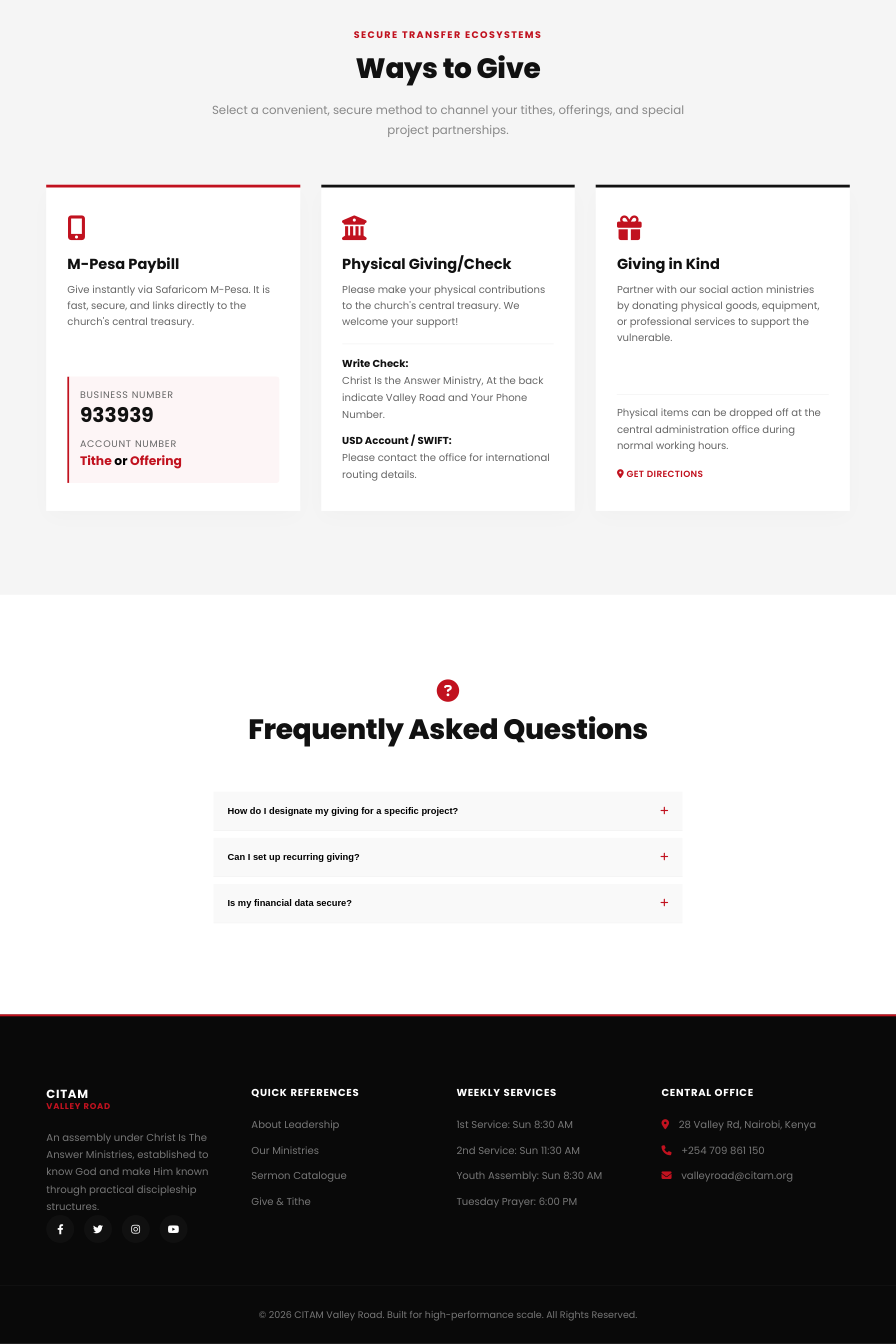
Repository: jereworks/CITAMVRD-Website
Page: give.html
These files come from the project's save history. The page is drawn as it stood at one moment and after the next save; the edit follows.
The browser window is 1280 px wide. The pictures show the part of the page from y = 557 to 2477 px (the page is 2477 px tall before and 2465 px after), at 70% of full size.

Above is the page before, as saved 2026-06-11 17:29:19.

### give.html
<!DOCTYPE html>
<html lang="en">
<head>
    <meta charset="UTF-8">
    <meta name="viewport" content="width=device-width, initial-scale=1.0">
    <meta name="description" content="Support the ministry at CITAM Valley Road through your tithes, offerings, and partnership. Find our M-Pesa Paybill, Bank details, and other giving methods.">
    <title>Give & Partner | CITAM Valley Road</title>

    <link rel="preconnect" href="https://fonts.googleapis.com">
    <link rel="preconnect" href="https://fonts.gstatic.com" crossorigin>
    <link href="https://fonts.googleapis.com/css2?family=Poppins:wght@300;400;500;600;700;800&display=swap" rel="stylesheet">
    <link rel="stylesheet" href="https://cdnjs.cloudflare.com/ajax/libs/font-awesome/6.4.0/css/all.min.css">

    <link rel="stylesheet" href="css/style.css">
</head>
<body>

    <div class="top-bar">
        <div class="container top-bar-flex">
            <div class="top-info">
                <span><i class="fas fa-phone-alt"></i> +254 709 861 150</span>
                <span><i class="fas fa-envelope"></i> valleyroad@citam.org</span>
                <span><i class="fas fa-map-marker-alt"></i> 28 Valley Rd, Nairobi, Kenya</span>
            </div>
            <div class="top-social">
                <a href="https://www.facebook.com/citamvrdke" target="_blank" aria-label="Facebook"><i class="fab fa-facebook-f"></i></a>
                <a href="https://x.com/CitamVrdKE" aria-label="Twitter"><i class="fab fa-twitter"></i></a>
                <a href="https://www.instagram.com/citamvrdke/" aria-label="Instagram"><i class="fab fa-instagram"></i></a>
                <a href="https://www.youtube.com/@CITAMValleyRoadNPC" aria-label="YouTube"><i class="fab fa-youtube"></i></a>
            </div>
        </div>
    </div>

    <header class="header" id="header">
        <div class="container nav-container">

            <a href="index.html" class="logo" aria-label="CITAM Valley Road Home" style="display: flex; align-items: center; gap: 15px; text-decoration: none;">
                <img src="images/CITAMLOGO.svg" alt="CITAM Logo" style="height: 70px; width: auto; display: block;">

                <div style="display: flex; flex-direction: column; justify-content: center;">
                    <span style="font-size: 2.2rem; font-weight: 800; color: #ffffff; line-height: 0.85; letter-spacing: 2px;">
                        CITAM
                    </span>
                    <span style="font-size: 0.7rem; font-weight: 400; color: #ffffff; line-height: 1; margin-top: 6px; text-transform: uppercase; width: 100%; text-align-last: justify;">
                        Valley Road
                    </span>
                </div>
            </a>

            <nav class="nav-menu" id="nav-menu" aria-label="Main Navigation">
                <ul class="nav-list">
                    <li><a href="index.html">Home</a></li>
                    <li><a href="about.html">About Us</a></li>
                    <li><a href="ministries.html">Ministries</a></li>
                    <li><a href="sermons.html">Sermons</a></li>
                    <li><a href="events.html">Events</a></li>
                    <li><a href="gallery.html">Gallery</a></li>
                    <li><a href="contact.html">Contact</a></li>
                </ul>
            </nav>

            <div class="nav-actions">
                <a href="give.html" class="btn btn-primary btn-nav active">Give / Tithe</a>
                <button class="hamburger" id="hamburger" aria-expanded="false" aria-label="Toggle navigation menu">
                    <i class="fas fa-bars"></i>
                </button>
            </div>
        </div>
    </header>

    <section class="about-hero-banner" style="background: linear-gradient(rgba(17, 17, 17, 0.85), rgba(17, 17, 17, 0.85)), url('https://images.unsplash.com/photo-1529070538774-1843cb3265df?auto=format&fit=crop&w=1920&q=80') no-repeat center center/cover;">
        <div class="container text-center">
            <span class="hero-pre-tag animate-on-scroll reveal-up">Worship & Partner</span>
            <h1 class="animate-on-scroll reveal-up delay-1">Giving & Tithes</h1>
            <p class="hero-subtext animate-on-scroll reveal-up delay-2">Honoring God through our resources to advance the Kingdom, support our community, and impact the world.</p>
        </div>
    </section>

    <section class="section bg-light">
        <div class="container">
            <div class="text-center mb-4">
                <span class="section-subtitle text-primary">Secure Transfer Ecosystems</span>
                <h2 class="section-title">Ways to Give</h2>
                <p class="max-width-text">Select a convenient, secure method to channel your tithes, offerings, and special project partnerships.</p>
            </div>

            <div class="grid-3 mt-4">

                <div class="identity-box card-vision animate-on-scroll reveal-up" style="display: flex; flex-direction: column;">
                    <div style="overflow: visible;">
                        <i class="fas fa-mobile-alt icon-lead text-primary"></i>
                    </div>
                    <h3>M-Pesa Paybill</h3>
                    <p style="flex-grow: 1;">Give instantly via Safaricom M-Pesa. It is fast, secure, and links directly to the church's central treasury.</p>

                    <div style="background: rgba(193, 18, 31, 0.04); border-left: 3px solid var(--primary); padding: 15px; margin-top: 20px; border-radius: 0 4px 4px 0;">
                        <span style="display: block; font-size: 0.85rem; color: var(--text-muted); text-transform: uppercase; letter-spacing: 1px;">Business Number</span>
                        <strong style="display: block; font-size: 1.8rem; color: var(--dark); line-height: 1.2;">933939</strong>

                        <span style="display: block; font-size: 0.85rem; color: var(--text-muted); text-transform: uppercase; letter-spacing: 1px; margin-top: 12px;">Account Number</span>
                        <strong style="display: block; font-size: 1.1rem; color: var(--primary);">Tithe <span style="color: #000000;">or</span> Offering</strong>
                    </div>
                </div>

                <div class="identity-box animate-on-scroll reveal-up delay-1" style="display: flex; flex-direction: column;">
                    <div style="overflow: visible;">
                        <i class="fas fa-university icon-lead text-primary"></i>
                    </div>
                    <h3>Physical Giving/Check</h3>
                    <p style="flex-grow: 1;">Please make your physical contributions to the church's central treasury. We welcome your support!</p>

                    <div style="border-top: 1px solid rgba(0,0,0,0.05); padding-top: 15px; margin-top: 20px;">
                        <ul style="list-style: none; font-size: 0.9rem;">
                            <li style="margin-bottom: 12px;">
                                <strong style="color: var(--dark); display: block;">Write Check:</strong>
                                Christ Is the Answer Ministry, At the back indicate Valley Road and Your Phone Number.
                            </li>

                            <li>
                                <strong style="color: var(--dark); display: block;">USD Account / SWIFT:</strong>
                                Please contact the office for international routing details.
                            </li>
                        </ul>
                    </div>
                </div>

                <div class="identity-box animate-on-scroll reveal-up delay-2" style="display: flex; flex-direction: column;">
                    <div style="overflow: visible;">
                        <i class="fas fa-gift icon-lead text-primary"></i>
                    </div>
                    <h3>Giving in Kind</h3>
                    <p style="flex-grow: 1;">Partner with our social action ministries by donating physical goods, equipment, or professional services to support the vulnerable.</p>

                    <div style="border-top: 1px solid rgba(0,0,0,0.05); padding-top: 15px; margin-top: 20px;">
                        <p style="font-size: 0.9rem; margin-bottom: 15px;">Physical items can be dropped off at the central administration office during normal working hours.</p>
                        <a href="contact.html" class="action-link" style="color: var(--primary);"><i class="fas fa-map-marker-alt"></i> Get Directions</a>
                    </div>
                </div>

            </div>
        </div>
    </section>

    <section class="section bg-white">
        <div class="container max-width-text">
            <div class="text-center mb-4">
                <i class="fas fa-question-circle text-primary" style="font-size: 2rem; margin-bottom: 15px;"></i>
                <h2 class="section-title">Frequently Asked Questions</h2>
            </div>

            <div class="accordion-container animate-on-scroll reveal-up">

                <div class="accordion-item">
                    <button class="accordion-header" aria-expanded="false">
                        <span>How do I designate my giving for a specific project?</span>
                        <i class="fas fa-plus text-primary transition-smooth"></i>
                    </button>
                    <div class="accordion-content">
                        <p style="padding: 15px 0;">When using M-Pesa, you can indicate the specific project name in the <strong>Account Number</strong> field (e.g., "Building Fund", "Missions", or "Welfare"). For Bank Transfers, please include the designation in your transfer reference notes.</p>
                    </div>
                </div>

                <div class="accordion-item">
                    <button class="accordion-header" aria-expanded="false">
                        <span>Can I set up recurring giving?</span>
                        <i class="fas fa-plus text-primary transition-smooth"></i>
                    </button>
                    <div class="accordion-content">
                        <p style="padding: 15px 0;">Yes. We highly encourage setting up a Standing Order with your bank. This automates your tithes and regular offerings, ensuring consistency. You can use the bank details provided above to set this up with your branch.</p>
                    </div>
                </div>

                <div class="accordion-item">
                    <button class="accordion-header" aria-expanded="false">
                        <span>Is my financial data secure?</span>
                        <i class="fas fa-plus text-primary transition-smooth"></i>
                    </button>
                    <div class="accordion-content">
                        <p style="padding: 15px 0;">Absolutely. All digital transactions are processed directly through Safaricom and our partnered commercial banks. CITAM Valley Road does not intercept, store, or process your direct banking passwords or PINs.</p>
                    </div>
                </div>

            </div>
        </div>
    </section>

    <footer class="footer">
        <div class="container grid-4">
            <div class="footer-col">
                <h3>CITAM<span>Valley Road</span></h3>
                <p>An assembly under Christ Is The Answer Ministries, established to know God and make Him known through practical discipleship structures.</p>
                <div class="social-links">
                    <a href="https://www.facebook.com/citamvrdke" target="_blank" rel="noopener noreferrer" aria-label="Facebook"><i class="fab fa-facebook-f"></i></a>
                    <a href="https://x.com/CitamVrdKE" target="_blank" rel="noopener noreferrer" aria-label="Twitter"><i class="fab fa-twitter"></i></a>
                    <a href="https://www.instagram.com/citamvrdke/" target="_blank" rel="noopener noreferrer" aria-label="Instagram"><i class="fab fa-instagram"></i></a>
                    <a href="https://www.youtube.com/@CITAMValleyRoadNPC" target="_blank" rel="noopener noreferrer" aria-label="YouTube"><i class="fab fa-youtube"></i></a>
                </div>
            </div>
            <div class="footer-col">
                <h4>Quick References</h4>
                <ul>
                    <li><a href="about.html">About Leadership</a></li>
                    <li><a href="ministries.html">Our Ministries</a></li>
                    <li><a href="sermons.html">Sermon Catalogue</a></li>
                    <li><a href="give.html">Give & Tithe</a></li>
                </ul>
            </div>
            <div class="footer-col">
                <h4>Weekly Services</h4>
                <ul>
                    <li>1st Service: Sun 8:30 AM</li>
                    <li>2nd Service: Sun 11:30 AM</li>
                    <li>Youth Assembly: Sun 8:30 AM</li>
                    <li>Tuesday Prayer: 6:00 PM</li>
                </ul>
            </div>
            <div class="footer-col">
                <h4>Central Office</h4>
                <ul>
                    <li><i class="fas fa-map-marker-alt"></i> 28 Valley Rd, Nairobi, Kenya</li>
                    <li><i class="fas fa-phone"></i> +254 709 861 150</li>
                    <li><i class="fas fa-envelope"></i> valleyroad@citam.org</li>
                </ul>
            </div>
        </div>
        <div class="footer-bottom text-center">
            <p>© 2026 CITAM Valley Road. Built for high-performance scale. All Rights Reserved.</p>
        </div>
    </footer>

    <script>
        document.addEventListener('DOMContentLoaded', () => {

            // 1. Sticky Header Intersection
            const header = document.getElementById('header');
            window.addEventListener('scroll', () => {
                if (window.scrollY > 50) {
                    header.classList.add('scrolled');
                } else {
                    header.classList.remove('scrolled');
                }
            });

            // 2. Mobile Nav Toggle
            const hamburger = document.getElementById('hamburger');
            const navMenu = document.getElementById('nav-menu');
            hamburger.addEventListener('click', () => {
                navMenu.classList.toggle('show');
                const isExpanded = hamburger.getAttribute('aria-expanded') === 'true';
                hamburger.setAttribute('aria-expanded', !isExpanded);
            });

            // 3. Cinematic Scroll Reveal via IntersectionObserver
            const observerOptions = {
                root: null,
                rootMargin: '0px',
                threshold: 0.15
            };

            const revealObserver = new IntersectionObserver((entries, observer) => {
                entries.forEach(entry => {
                    if (entry.isIntersecting) {
                        entry.target.classList.add('active');
                        observer.unobserve(entry.target);
                    }
                });
            }, observerOptions);

            const animatableElements = document.querySelectorAll('.animate-on-scroll');
            animatableElements.forEach(el => revealObserver.observe(el));

            // 4. Accordion Logic (Scalable UI Pattern)
            const accordionHeaders = document.querySelectorAll('.accordion-header');

            accordionHeaders.forEach(header => {
                header.addEventListener('click', function() {
                    const content = this.nextElementSibling;
                    const icon = this.querySelector('i');
                    const isOpen = content.style.maxHeight;

                    // Close all other accordions
                    document.querySelectorAll('.accordion-content').forEach(item => {
                        item.style.maxHeight = null;
                    });
                    document.querySelectorAll('.accordion-header i').forEach(item => {
                        item.classList.remove('fa-minus');
                        item.classList.add('fa-plus');
                    });
                    document.querySelectorAll('.accordion-header').forEach(item => {
                        item.setAttribute('aria-expanded', 'false');
                    });

                    // Open clicked if it was closed
                    if (!isOpen) {
                        content.style.maxHeight = content.scrollHeight + "px";
                        icon.classList.remove('fa-plus');
                        icon.classList.add('fa-minus');
                        this.setAttribute('aria-expanded', 'true');
                    }
                });
            });
        });
    </script>
</body>
</html>

Loaded but not shown: css/style.css (1641 lines, source omitted)

After the next save:
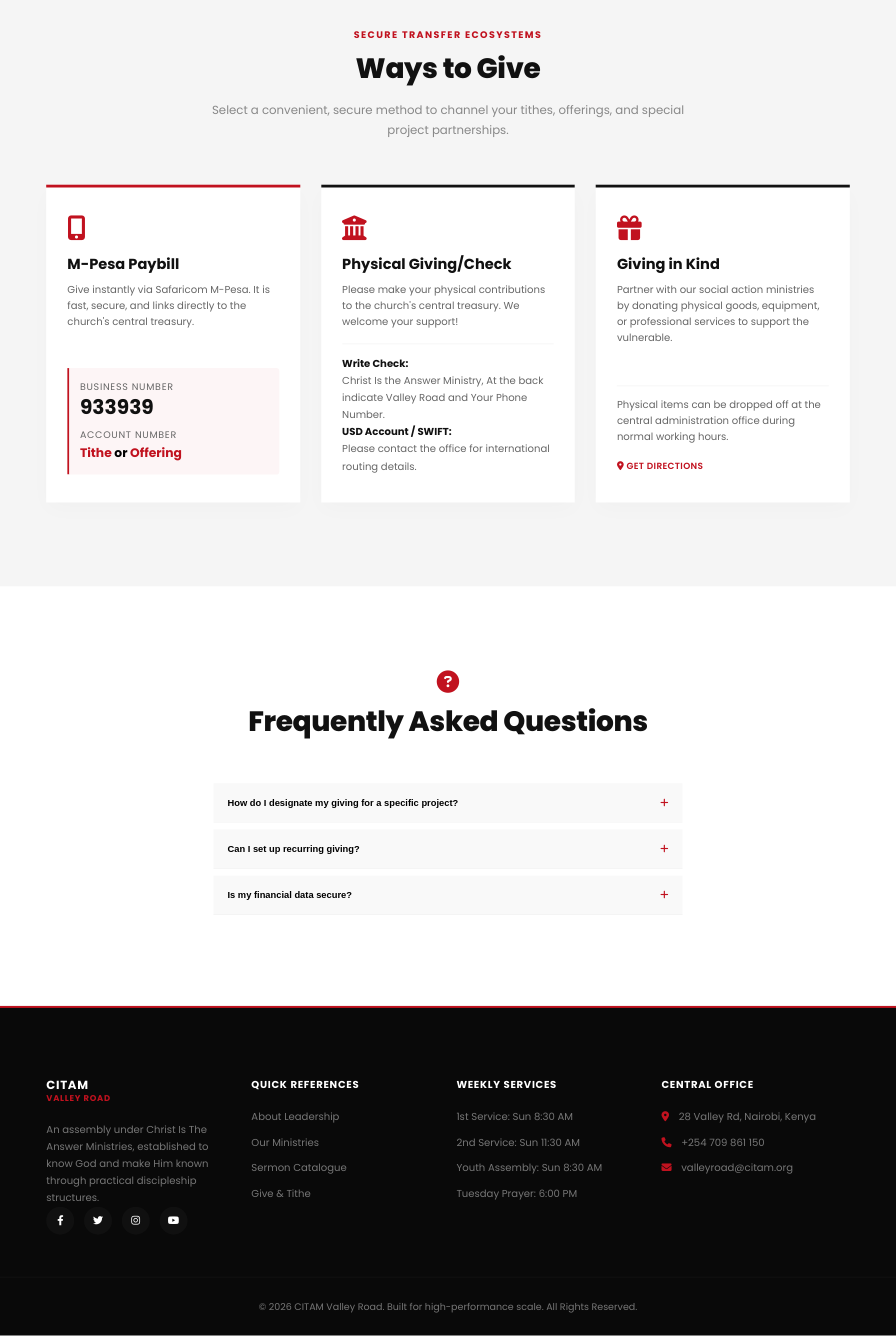
Saved 57 s later.
--- a/give.html
+++ b/give.html
@@ -111,7 +111,7 @@
 
                     <div style="border-top: 1px solid rgba(0,0,0,0.05); padding-top: 15px; margin-top: 20px;">
                         <ul style="list-style: none; font-size: 0.9rem;">
-                            <li style="margin-bottom: 12px;">
+                            <li ">
                                 <strong style="color: var(--dark); display: block;">Write Check:</strong>
                                 Christ Is the Answer Ministry, At the back indicate Valley Road and Your Phone Number.
                             </li>
